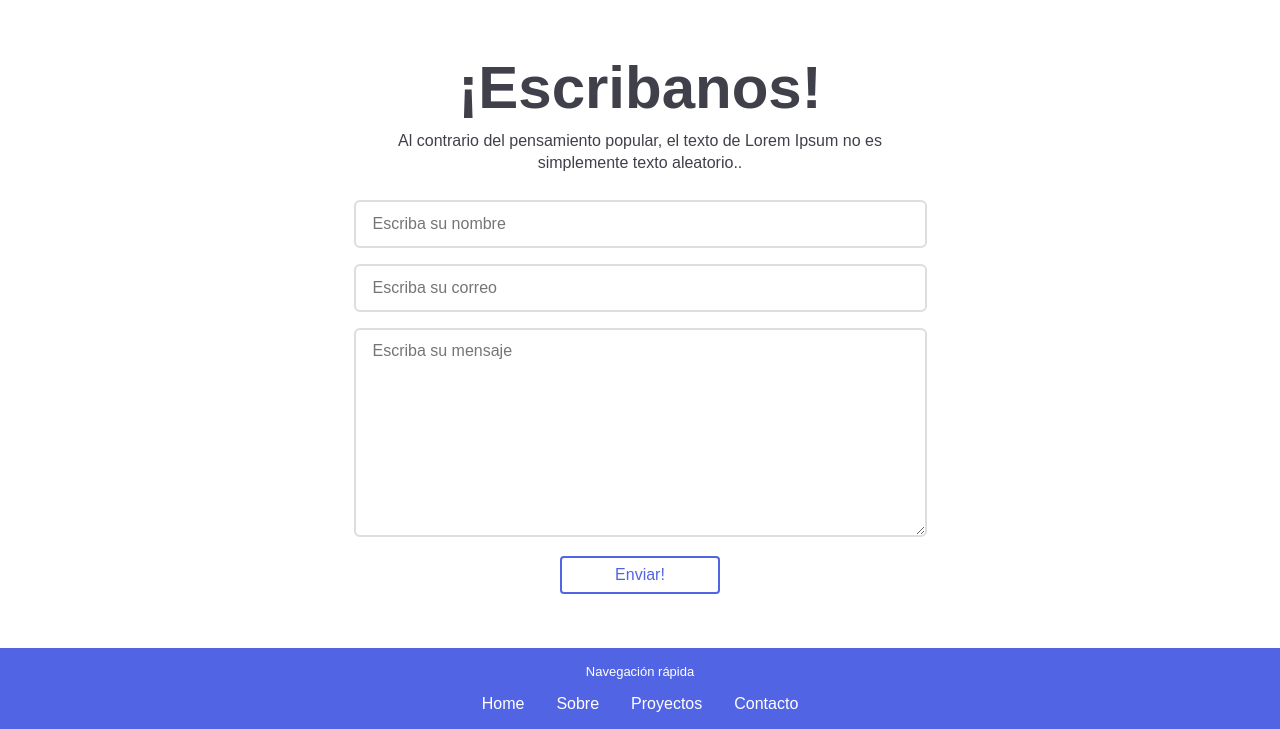
Repository: robsonmarkes/accesibilidad
Page: index.html
These files come from the project's save history. The page is drawn as it stood at one moment and after the next save; the edit follows.
The browser window is 1280 px wide. The pictures show the part of the page from y = 1369 to 2120 px (the page is 2098 px tall before and 2120 px after).
A picture or video elsewhere on the page could not be fetched, so the positions and the page height are approximate.

Above is the page before, as saved 2022-10-11 15:42:35.

### index.html
<!DOCTYPE html>
<html lang="en">
<head>
    <meta charset="UTF-8">
    <meta http-equiv="X-UA-Compatible" content="IE=edge">
    <meta name="viewport" content="width=device-width, initial-scale=1.0">
    <title>Mi empresa portal</title>
    <link rel="stylesheet" href="style.css">
</head>
<body>
    <!-- wrong way -->
    <div class="wrap">
        <div class="header">
            <a href="http://google.com" class="logo">
                <img src="https://www.pngarts.com/files/3/Logo-PNG-Transparent-Image.png" alt="" srcset="">
            </a>
            <ul>
                <li>
                    <a href="#" target="_blank" rel="noopener noreferrer">Home</a>
                </li>
                <li>
                    <a href="#" target="_blank" rel="noopener noreferrer">Proyectos</a>
                </li>
                <li>
                    <a href="#" target="_blank" rel="noopener noreferrer">Contacto</a>
                </li>
            </ul>
        </div>
        <div class="content">
            <div class="article">
                <h1>Bienvenido!</h1>
                <p>
                    Lorem Ipsum es simplemente el texto de relleno de las imprentas y archivos de texto. Lorem Ipsum ha sido el texto de relleno estándar de las industrias desde el año 1500, cuando un impresor (N. del T. persona que se dedica a la imprenta) desconocido usó una galería de textos y los mezcló de tal manera que logró hacer un libro de textos especimen. No sólo sobrevivió 500 años, sino que tambien ingresó como texto de relleno en documentos electrónicos, quedando esencialmente igual al original. Fue popularizado en los 60s con la creación de las hojas "Letraset", las cuales contenian pasajes de Lorem Ipsum, y más recientemente con software de autoedición, como por ejemplo Aldus PageMaker, el cual incluye versiones de Lorem Ipsum.
                </p>
                <div class="buttons">
                    <button class="primary">Empezar!</button>
                    <button class="secondary">Contacto</button>
                </div>
            </div>
            <hr />
            <div class="article">
                <div>
                    <h1>Nuestra empresa</h1>
                    <p>
                        Es un hecho establecido hace demasiado tiempo que un lector se distraerá con el contenido del texto de un sitio mientras que mira su diseño. El punto de usar Lorem Ipsum es que tiene una distribución más o menos normal de las letras, al contrario de usar textos como por ejemplo "Contenido aquí, contenido aquí". Estos textos hacen parecerlo un español que se puede leer. Muchos paquetes de autoedición y editores de páginas web usan el Lorem Ipsum como su texto por defecto, y al hacer una búsqueda de "Lorem Ipsum" va a dar por resultado muchos sitios web que usan este texto si se encuentran en estado de desarrollo. Muchas versiones han evolucionado a través de los años, algunas veces por accidente, otras veces a propósito (por ejemplo insertándole humor y cosas por el estilo).
                    </p>
                </div>
                <img src="https://cdn-dynmedia-1.microsoft.com/is/image/microsoftcorp/O2019-Hero-image-x2:VP1-539x440?resMode=sharp2&op_usm=1.5,0.65,15,0&wid=1920&hei=720&qlt=75&fit=constrain" alt="">
            </div>
            <hr />
            <div class="article">
                <h1>¡Escribanos!</h1>
                <p>
                    Al contrario del pensamiento popular, el texto de Lorem Ipsum no es simplemente texto aleatorio..
                </p>
                <form action="">
                    <fieldset>
                        <legend>En formulário de ejemplo</legend>
                        <div class="form-group">
                            <label for="name">nombre:</label>
                            <input type="text" name="name" id="name" placeholder="Escriba su nombre">
                        </div>
                        <div class="form-group">
                            <label for="email">correo:</label>
                            <input type="text" name="email" id="email" placeholder="Escriba su correo">
                        </div>
                        <div class="form-group">
                            <label for="message">mensaje:</label>
                            <textarea name="message" id="message" cols="30" rows="10" placeholder="Escriba su mensaje"></textarea>
                        </div>
                        <button id="send-message">Enviar!</button>
                    </fieldset>
                </form>
            </div>
        </div>
        <div class="footer">
            <span>Navegación rápida</span>
            <ul>
                <li>
                    <a href="#" target="_blank" rel="noopener noreferrer">Home</a>
                </li>
                <li>
                    <a href="#" target="_blank" rel="noopener noreferrer">Sobre</a>
                </li>
                <li>
                    <a href="#" target="_blank" rel="noopener noreferrer">Proyectos</a>
                </li>
                <li>
                    <a href="#" target="_blank" rel="noopener noreferrer">Contacto</a>
                </li>
            </ul>
        </div>

        <div class="background-modal close-modal" id="background-modal"></div>
        <div class="modal close-modal" id="modal">
            <span class="close-btn" id="close-btn">x</span>
            <h2 class="title">Estas seguro que quieres enviar?</h2>
            <span class="text">La acción no puede ser deshecha.</span>
            <div class="buttons">
                <button id="close-btn">¡Si!</button>
                <button id="close-btn">¡No!</button>
            </div>
        </div>

    </div>
</body>
<script src="scripts.js"></script>
</html>

### style.css
:root {
    --primary-bg: rgb(81, 101, 228);
    --primary-color: #ffffff;
    --secondary-bg: #ffffff;
    --secondary-color: rgb(64, 64, 74);
    --body-bg: rgb(64, 64, 74);
    --transition-time: 0.2s;
  }

body, * {
    margin: 0;
    padding: 0;
    list-style-type: none;
    text-decoration: none;
    font-family:Arial, Helvetica, sans-serif;
    color: var(--secondary-color);
}

body a:hover {
    color: var(--primary-color);
}

.wrap {
    width: 100%;
    height: auto;
    margin: 0 auto;

}

.wrap .header {
    display: flex;
    align-items: center;
    background-color: var(--primary-bg);
}

.wrap .header  img {
    filter: invert(100%);
    height: 64px;
}

.wrap .header ul {
    display: flex;
}
.wrap .header ul li {
    padding: 1rem;
}
.wrap .header a {
    color: var(--primary-color);
}

.wrap .content {
    width: 100%;
    min-width: 400px;
    margin: 0;
}

.wrap .content hr {
    color: var(--body-bg);
    opacity: 0.2;
}

.wrap .content .article {
    margin: 0 auto;
    padding: 64px 0 48px;
    max-width: 600px;
    line-height: 1.4;
}

.wrap .content .article h1, h2, h3 {
    font-size: 3.75rem;
    padding-bottom: 0.35;
    text-align: center;
}

.wrap .content .article p {
    font-size: 1rem;
    text-align: center;
    padding: 0 1rem 1rem;
}

.wrap .content .article img {
    margin: 0 auto;
    max-width: 100%;
    padding: 1rem;
}

.wrap .content .article .buttons {
    max-width: 220px;
    margin: 0 auto;
    display: flex;
}

.wrap .content .article .buttons button {
    font-size: 1rem;
    padding: 0.5rem 1rem;
    margin: 4px;
    border: 2px solid;
    border-radius: 4px;
    cursor: pointer;
    background-color: transparent;
}

.wrap .content .article .buttons button.primary {
    background-color: var(--primary-color);
    color: var(--primary-bg);
    transition: var(--transition-time) background-color;
}

.wrap .content .article .buttons button.primary:hover {
    background-color: var(--primary-bg);
    color: var(--primary-color);
    border-color: var(--primary-bg);
}

.wrap .content .article .buttons button.secondary {
    background-color: var(--secondary-color);
    color: var(--secondary-bg);
    border-color: var(--secondary-color);
    transition: var(--transition-time) background-color;
}

.wrap .content .article .buttons button.secondary:hover {
    background-color: var(--secondary-bg);
    color: var(--secondary-color);
    border-color: var(--secondary-color);
}

.wrap .content .article form {
    width: 100%;
    margin: 0 auto;
}

.wrap .content .article form fieldset {
    display: flex;
    flex-direction: column;
    align-items: center;
    border-color: transparent;
}

.wrap .content .article form fieldset legend {
    opacity: 0;
    font-size: 0px;
}

.wrap .content .article form .form-group {
    width: 100%;
    display: block;
}

.wrap .content .article form .form-group label {
    opacity: 0;
    font-size: 0px;
}

.wrap .content .article form .form-group input, .wrap .content .article form .form-group textarea {
    font-size: 1rem;
    padding: 0.8rem 1rem;
    margin: 0.5rem;
    border: 2px solid #ddd;
    border-radius: 6px;
    width: 90%;
}

.wrap .content .article form fieldset button {
    font-size: 1rem;
    width: 160px;
    margin: 0 auto;
    padding: 0.5rem 1rem;
    margin: 4px;
    border: 2px solid;
    border-radius: 4px;
    cursor: pointer;
    background-color: var(--primary-color);
    color: var(--primary-bg);
    transition: var(--transition-time) background-color;
}

.wrap .content .article form fieldset button:hover {
    background-color: var(--primary-bg);
    color: var(--primary-color);
    border-color: var(--primary-bg);
}

.wrap .footer {
    display: flex;
    flex-direction: column;
    align-items: center;
    padding: 1rem;
    background-color: var(--primary-bg);
}

.wrap .footer span {
    color: var(--primary-color);
    font-size: small;
    padding-bottom: 1rem;
}

.wrap .footer  ul {
    display: flex;
}

.wrap .footer  ul li a {
    color: var(--primary-color);
    padding: 1rem;
}

/* modal */

.wrap .background-modal {
    width: 100%;
    height: 100%;
    top: 0;
    left: 0;
    opacity: 0.4;
    position: fixed;
    background-color: black;
    z-index: 2;
}

.wrap .modal {
    width: 600px;
    height: 268px;
    position: fixed;
    top: 12%;
    left: calc((100vw - 600px)/2);
    background-color:#fff;
    z-index: 3;
    margin: 0 auto;
}

.wrap .modal .title, .wrap .modal .text {
    text-align: center;
}

.wrap .modal .title {
    font-size: 2rem;
    padding: 3rem 2rem;
}

.wrap .modal .text {
    display: block;
    font-size: 1.5rem;
    color:rgb(89, 89, 93)
}

.wrap .modal .buttons {
    width: 142px;
    margin: 0 auto;
    display: flex;
}

.wrap .modal .buttons button {
    padding: 0.4rem 1rem;
    margin: 1rem 4px;
    font-size: 1rem;
    border: 2px solid;
    border-radius: 4px;
    cursor: pointer;
    background-color: var(--primary-color);
    color: var(--primary-bg);
    transition: var(--transition-time) background-color;
}

.wrap .modal .buttons button:hover {
    background-color: var(--primary-bg);
    color: var(--primary-color);
    border-color: var(--primary-bg);
}

.wrap .modal .close-btn {
    font-size: 1.2rem;
    position: absolute;
    top: 6px;
    left: calc(600px - 20px);
    cursor: pointer;
    color: var(--secondary-color);
    transition: var(--transition-time) color;
}

.wrap .modal .close-btn:hover {
    color: var(--primary-bg);
}

.close-modal {
    visibility: hidden;
}

### scripts.js
const init = () => {
    const backgroundModal = document.querySelector(`#background-modal`);
    const modal = document.querySelector(`#modal`);
    const sendButton = document.querySelector(`#send-message`);
    const closeBtn = document.querySelectorAll(`#close-btn`);
    const hiddenClass = `close-modal`;

    const form = document.querySelectorAll(`input[type="text"], textarea`);

    const validForm = (input) => {

        const validateName = (value) => {
            value.length > 3 ? console.log(`valido`) : console.log(`invalido`);
        }

        if(input[`name`] == `name`) {
            validateName(input.value);
        }
    }

    const toggleModal = (event) => {
        event.preventDefault();
        if(backgroundModal.classList.contains(hiddenClass) && modal.classList.contains(hiddenClass)) {
            backgroundModal.classList.remove(hiddenClass);
            modal.classList.remove(hiddenClass);
        } else {
            backgroundModal.classList.add(hiddenClass);
            modal.classList.add(hiddenClass)
        }
    };

    form.forEach(input => {
        input.addEventListener(`keyup`, _ => {
            validForm(input);
        });
    });

    sendButton.addEventListener(`click`, toggleModal);
    closeBtn.forEach(btn => btn.addEventListener(`click`, toggleModal));


};

document.addEventListener(`DOMContentLoaded`, init);

After the next save:
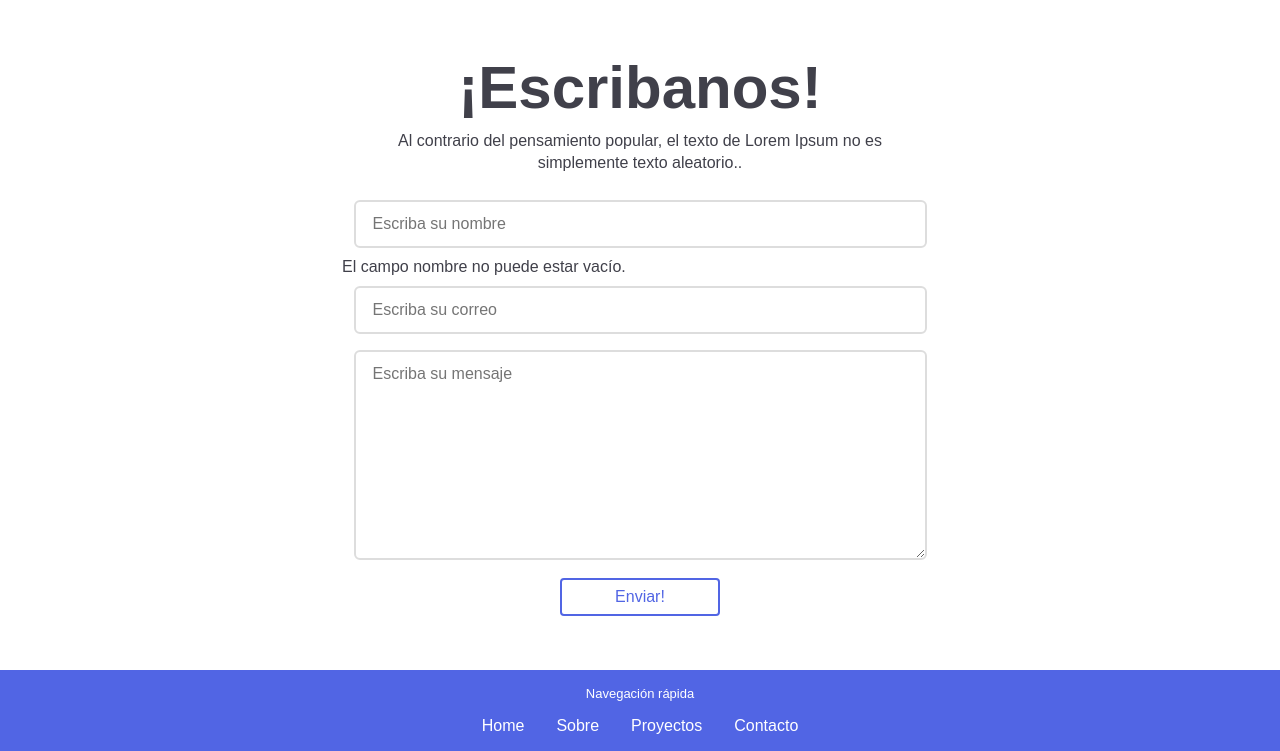
Saved 116 s later.
--- a/index.html
+++ b/index.html
@@ -59,6 +59,7 @@
                         <div class="form-group">
                             <label for="name">nombre:</label>
                             <input type="text" name="name" id="name" placeholder="Escriba su nombre">
+                            <span class="validator">El campo nombre no puede estar vacío.</span>
                         </div>
                         <div class="form-group">
                             <label for="email">correo:</label>
